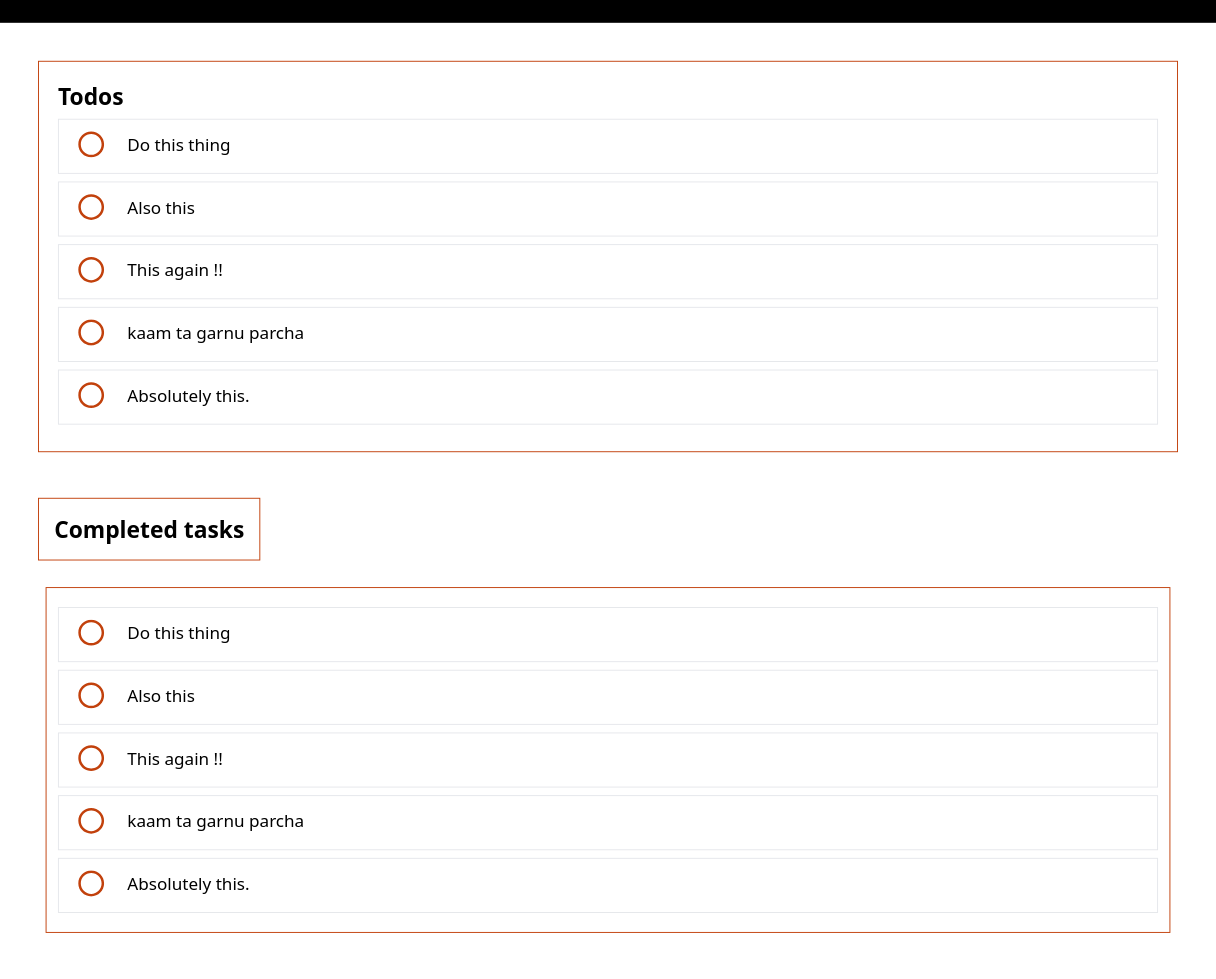
Repository: thekingisherenow/personalTodo
Page: /
An editor plug-in stored every save of this project. The page is shown before and after the next save, followed by the edit.
The browser window is 1280 px wide. The pictures show the whole page, at 95% of full size.
The project was rebuilt for these pictures with package versions that can differ from the ones it lists, and the page was loaded fresh each time. The framework's server and built-in components were replaced by stand-ins that run in the browser. Also part of the build but not shown: next.config.js, styles/Home.module.css.

Above is the page before, as saved 2022-12-15 19:39:39.

After the next save:
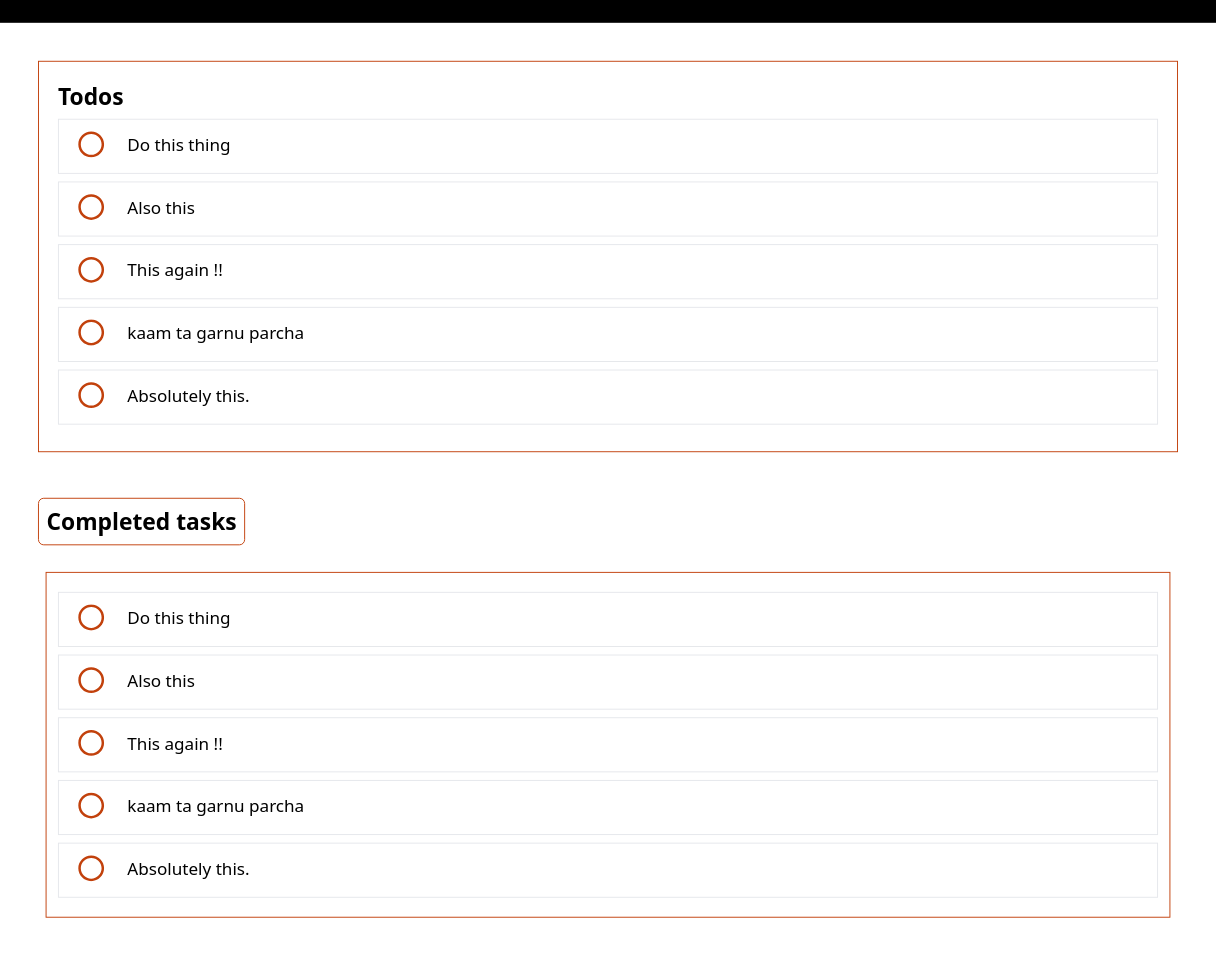
Saved 11 s later.
--- a/components/CompletedTodos.js
+++ b/components/CompletedTodos.js
@@ -6,7 +6,7 @@ function Completed() {
 
   return (
     <div className='p-2 m-3 '>
-      <button className='font-bold text-2xl ml-5 border border-orange-700 p-4'>Completed tasks</button>
+      <button className='font-bold text-2xl ml-5 border border-orange-700 p-2 rounded-md'>Completed tasks</button>
 
       <div className='border p-3 m-7 border-orange-700'>
             {todolist.length? todolist.map((todo,index)=>{
